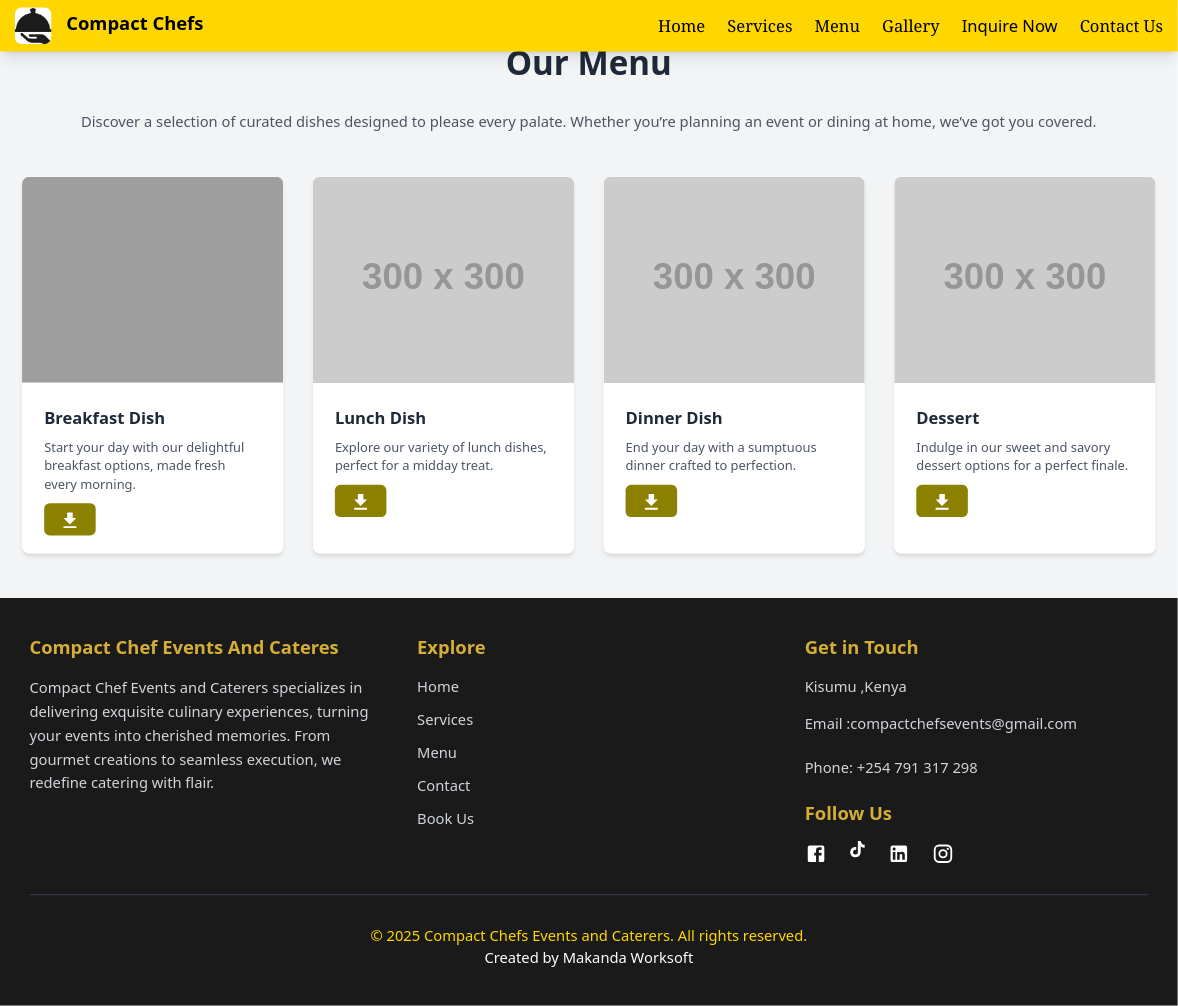
Repository: makanda596/compactchef
Page: /menu
These files come from the project's save history. The page is drawn as it stood at one moment and after the next save; the edit follows.
The browser window is 1280 px wide. The pictures show the whole page, at 92% of full size.
Pictures or frames that could not be fetched are drawn as grey boxes. The project was rebuilt for these pictures with package versions that can differ from the ones it lists, and the page was loaded fresh each time. Also part of the build but not shown: src/components/Hero.jsx, src/components/Client.jsx, src/components/Reviews.jsx, src/components/About.jsx, src/pages/Home.jsx, src/pages/Services.jsx, src/pages/Contact.jsx, src/pages/Book.jsx and 2 more.

Above is the page before, as saved 2025-01-22 09:21:19.

After the next save:
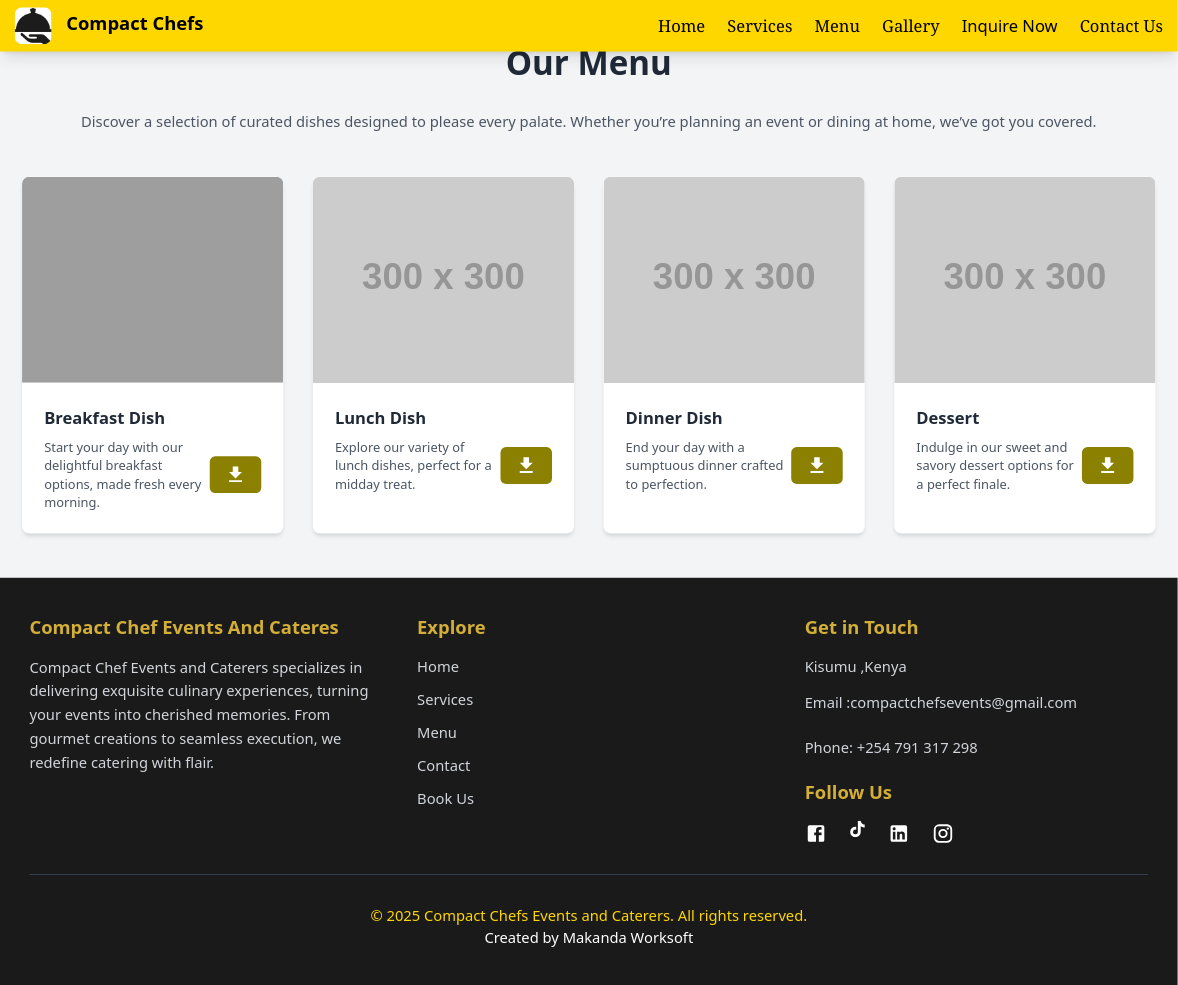
Saved 59 s later.
--- a/src/pages/Menu.jsx
+++ b/src/pages/Menu.jsx
@@ -56,14 +56,17 @@ function Menu() {
                             </div>
                             <div className="p-6">
                                 <h3 className="text-lg font-bold text-gray-800 mb-2">{item.title}</h3>
-                                <p className="text-sm text-gray-600 mb-4">{item.description}</p>
-                                <a
-                                    href={item.downloadLink}
-                                    download
-                                    className="bg-[#8b8000] text-white py-2 px-4 rounded-md text-sm hover:bg-[#a08d00] transition"
-                                >
-                                    <DownloadIcon />
-                                </a>
+                                <div className="flex items-center justify-between">
+                                    <p className="text-sm text-gray-600 mb-0">{item.description}</p>
+                                    <a
+                                        href={item.downloadLink}
+                                        download
+                                        className="bg-[#8b8000] text-white py-2 px-4 rounded-md text-sm hover:bg-[#a08d00] transition"
+                                    >
+                                        <DownloadIcon />
+                                    </a>
+                                </div>
+
                             </div>
                         </div>
                     ))}
